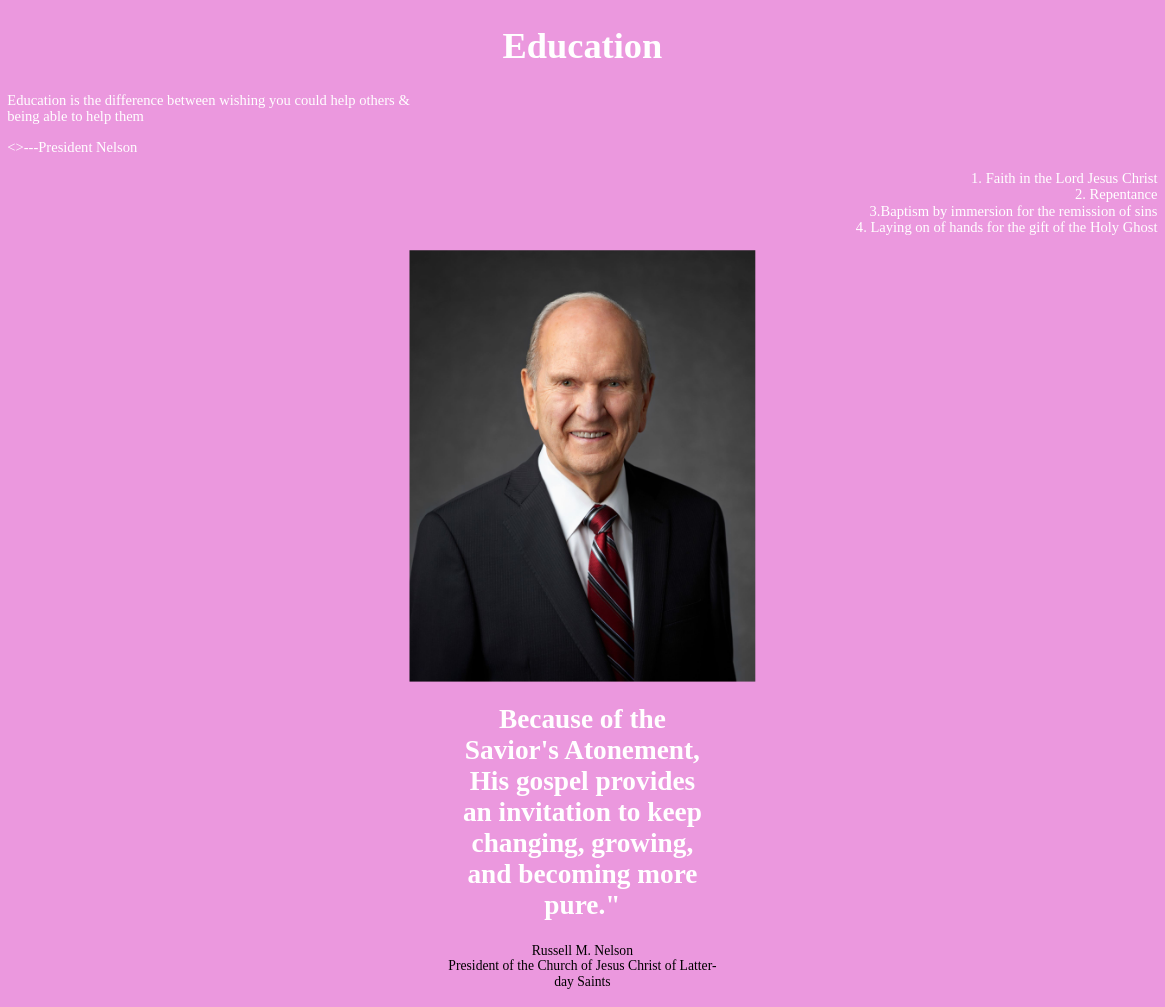
Repository: mszakutumela/wdd130
Page: W04_Challenge/index.html
An editor plug-in stored every save of this project. The page is shown before and after the next save, followed by the edit.
The browser window is 1280 px wide. The pictures show the whole page, at 91% of full size.

Above is the page before, as saved 2023-06-05 12:51:19.

### W04_Challenge/index.html
<!DOCTYPE html>
<html lang="en">
<head>
    <title>W04 Challenge</title>
    <link rel="stylesheet" href="styles/styles.css" />
</head>
<body>
    <main>
        <h1>Education</h1>
        <p1>Education is the difference between wishing you could help others & <br>
            being able to help them</P>
        <>---President Nelson</p>
        <p> 1. Faith in the Lord Jesus Christ <br>
            2. Repentance <br>
            3.Baptism by immersion for the remission of sins <br>
            4. Laying on of hands for the gift of the Holy Ghost</p>
        <img alt="Image of President Nelson" src="images/russell_nelson_official_portrait_2018.jpeg">
        <h2>Because of the <br>
            Savior's Atonement, <br>
            His gospel provides <br>
            an invitation to keep <br>
            changing, growing, <br>
            and becoming more <br>
            pure."</h2>
    </main>
    <footer>
        <p>Russell M. Nelson <br>
            President of the Church of Jesus Christ of Latter- <br>
            day Saints</p>
    </footer>

</body>
</html>

### W04_Challenge/styles/styles.css
body {
    /* text-align: center; */
    background-color: rgb(235, 152, 222);
    }
img {
    width: 30%;
    display: block;
    margin: 0 auto;
}
h1 {
    color: white;
    text-align: center;
    font-size: 40px;
}
p1 {
    color: white;
    text-align: right;
}
p2 {
    color: white;
    text-align: center;
}
p3 {
    color: black;
    /* text-align: center;   */
}
h2 {
    color: white;
    text-align: center;
    font-size: 30px;
}
footer p {
    font-size: 15px;
    margin: 20px auto;
    text-align: center;
}
}

After the next save:
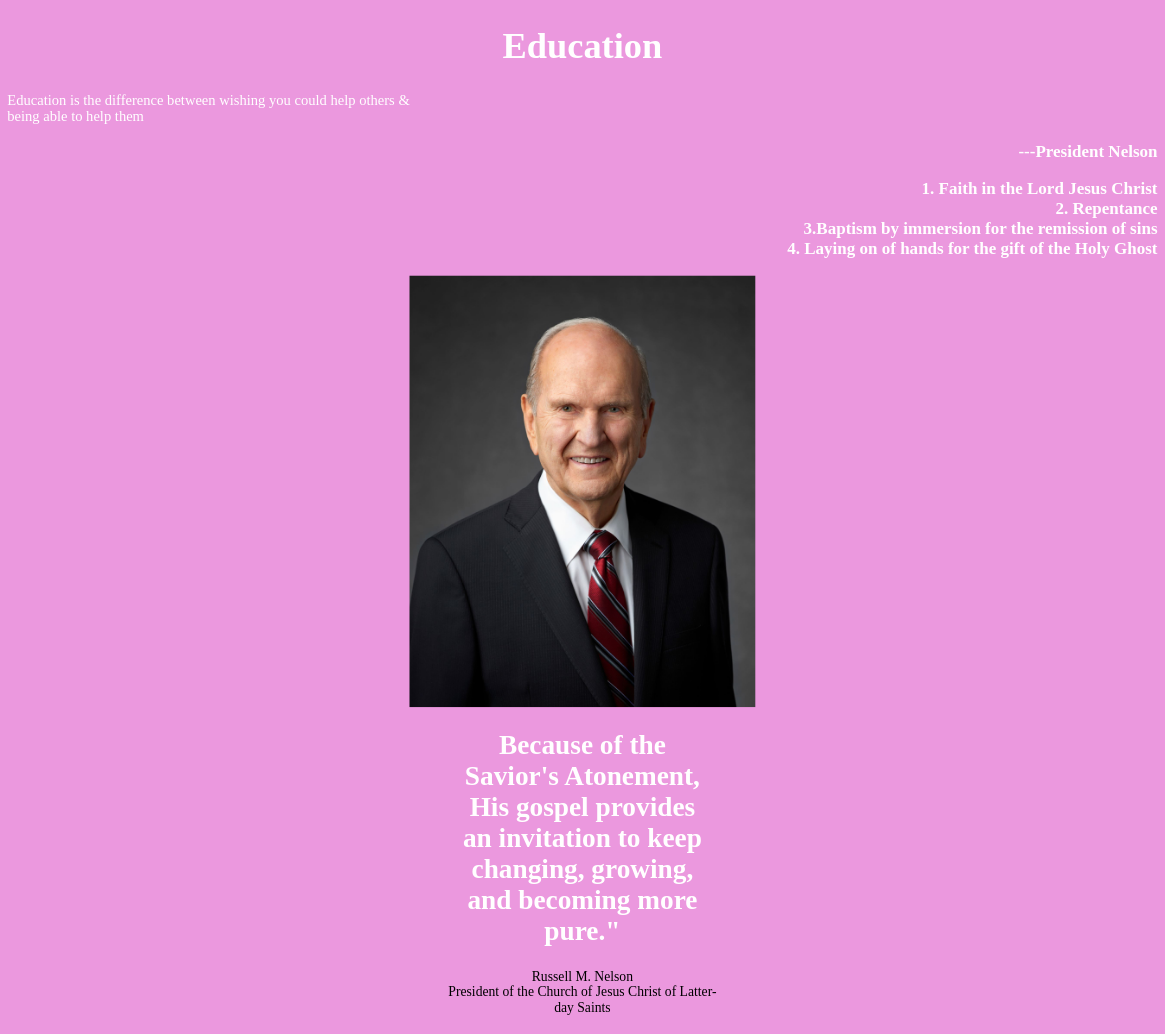
Saved 5 s later.
--- a/W04_Challenge/index.html
+++ b/W04_Challenge/index.html
@@ -9,7 +9,7 @@
         <h1>Education</h1>
         <p1>Education is the difference between wishing you could help others & <br>
             being able to help them</P>
-        <>---President Nelson</p>
+        <h3>---President Nelson</p>
         <p> 1. Faith in the Lord Jesus Christ <br>
             2. Repentance <br>
             3.Baptism by immersion for the remission of sins <br>
